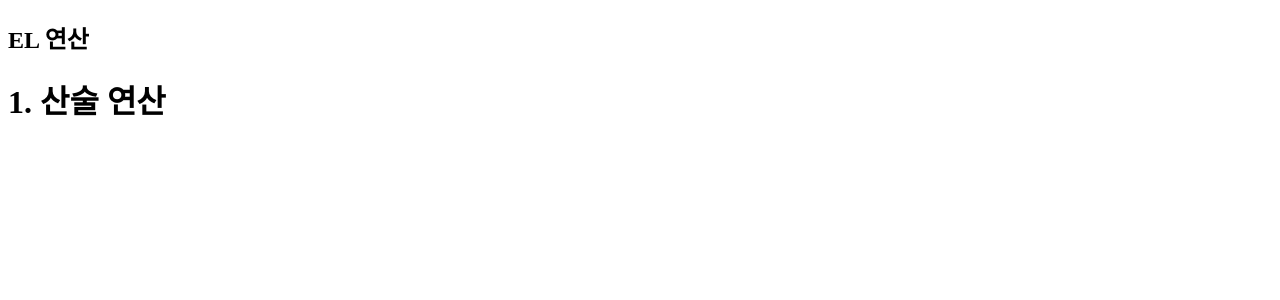
Repository: Young-27/DailyStudy
Page: http://localhost/actionProject/operation.do
These files come from the project's save history. The page is drawn as it stood at one moment and after the next save; the edit follows.
The browser window is 1280 px wide. The pictures show the whole page.
The page is served by Tomcat 9.

Above is the page before, as saved 2021-06-16 10:03:37.

### Server/web-workspace2/actionProject/WebContent/views/1_EL/02_elOperation.jsp
<%@ page language="java" contentType="text/html; charset=UTF-8"
    pageEncoding="UTF-8"%>
<!DOCTYPE html>
<html>
<head>
<meta charset="UTF-8">
<title>Insert title here</title>
</head>
<body>

	<h2>EL 연산</h2>

	<h1>1. 산술 연산</h1>
	<%-- <%= (int)request.getAttribute("big") + (int)request.getAttribute("small") %> --%>


</body>
</html>

### Server/web-workspace2/actionProject/src/com/kh/controller/OperationServlet.java
package com.kh.controller;

import java.io.IOException;
import java.util.ArrayList;

import javax.servlet.ServletException;
import javax.servlet.annotation.WebServlet;
import javax.servlet.http.HttpServlet;
import javax.servlet.http.HttpServletRequest;
import javax.servlet.http.HttpServletResponse;

import com.kh.model.vo.Person;

/**
 * Servlet implementation class OperationServlet
 */
@WebServlet("/operation.do")
public class OperationServlet extends HttpServlet {
	private static final long serialVersionUID = 1L;

    /**
     * @see HttpServlet#HttpServlet()
     */
    public OperationServlet() {
        super();
        // TODO Auto-generated constructor stub
    }

	/**
	 * @see HttpServlet#doGet(HttpServletRequest request, HttpServletResponse response)
	 */
	protected void doGet(HttpServletRequest request, HttpServletResponse response) throws ServletException, IOException {

		request.setAttribute("big", 10);
		request.setAttribute("small", 3);

		request.setAttribute("sOne", "안녕");
		request.setAttribute("sTwo", new String("안녕"));

		request.setAttribute("pOne", new Person("홍길동", 20, "남자"));
		request.setAttribute("pTwo", null);

		ArrayList<String> list1 = new ArrayList<>();
		request.setAttribute("lOne", list1); // 텅빈리스트

		ArrayList<String> list2 = new ArrayList<>();
		list2.add("ㅋㅋㅋ");
		request.setAttribute("lTwo", list2);

		request.getRequestDispatcher("views/1_EL/02_elOperation.jsp").forward(request, response);

	}

	/**
	 * @see HttpServlet#doPost(HttpServletRequest request, HttpServletResponse response)
	 */
	protected void doPost(HttpServletRequest request, HttpServletResponse response) throws ServletException, IOException {
		doGet(request, response);
	}

}

### Server/web-workspace2/actionProject/src/com/kh/model/vo/Person.java
package com.kh.model.vo;

public class Person {

	private String name;
	private int age;
	private String gender;

	public Person() {}

	public Person(String name, int age, String gender) {
		super();
		this.name = name;
		this.age = age;
		this.gender = gender;
	}

	public String getName() {
		return name;
	}

	public void setName(String name) {
		this.name = name;
	}

	public int getAge() {
		return age;
	}

	public void setAge(int age) {
		this.age = age;
	}

	public String getGender() {
		return gender;
	}

	public void setGender(String gender) {
		this.gender = gender;
	}

	@Override
	public String toString() {
		return "Person [name=" + name + ", age=" + age + ", gender=" + gender + "]";
	}



}

After the next save:
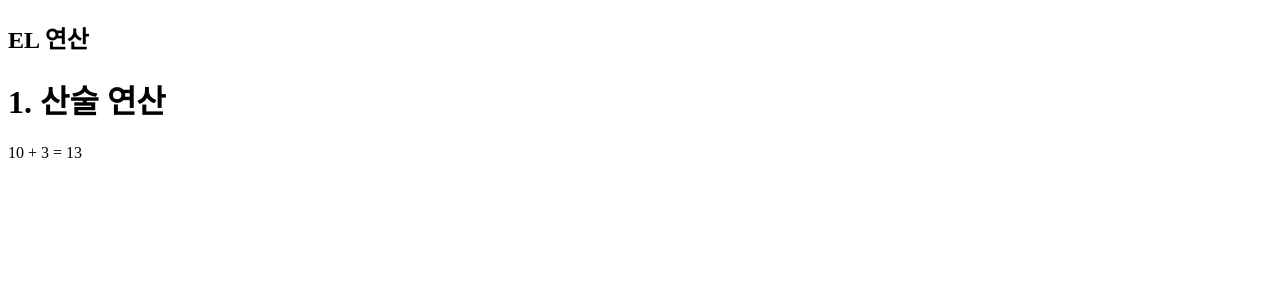
Saved 106 s later.
--- a/Server/web-workspace2/actionProject/WebContent/views/1_EL/02_elOperation.jsp
+++ b/Server/web-workspace2/actionProject/WebContent/views/1_EL/02_elOperation.jsp
@@ -13,6 +13,7 @@
 	<h1>1. 산술 연산</h1>
 	<%-- <%= (int)request.getAttribute("big") + (int)request.getAttribute("small") %> --%>
 
+	10 + 3 = ${ big + small }
 
 </body>
 </html>
